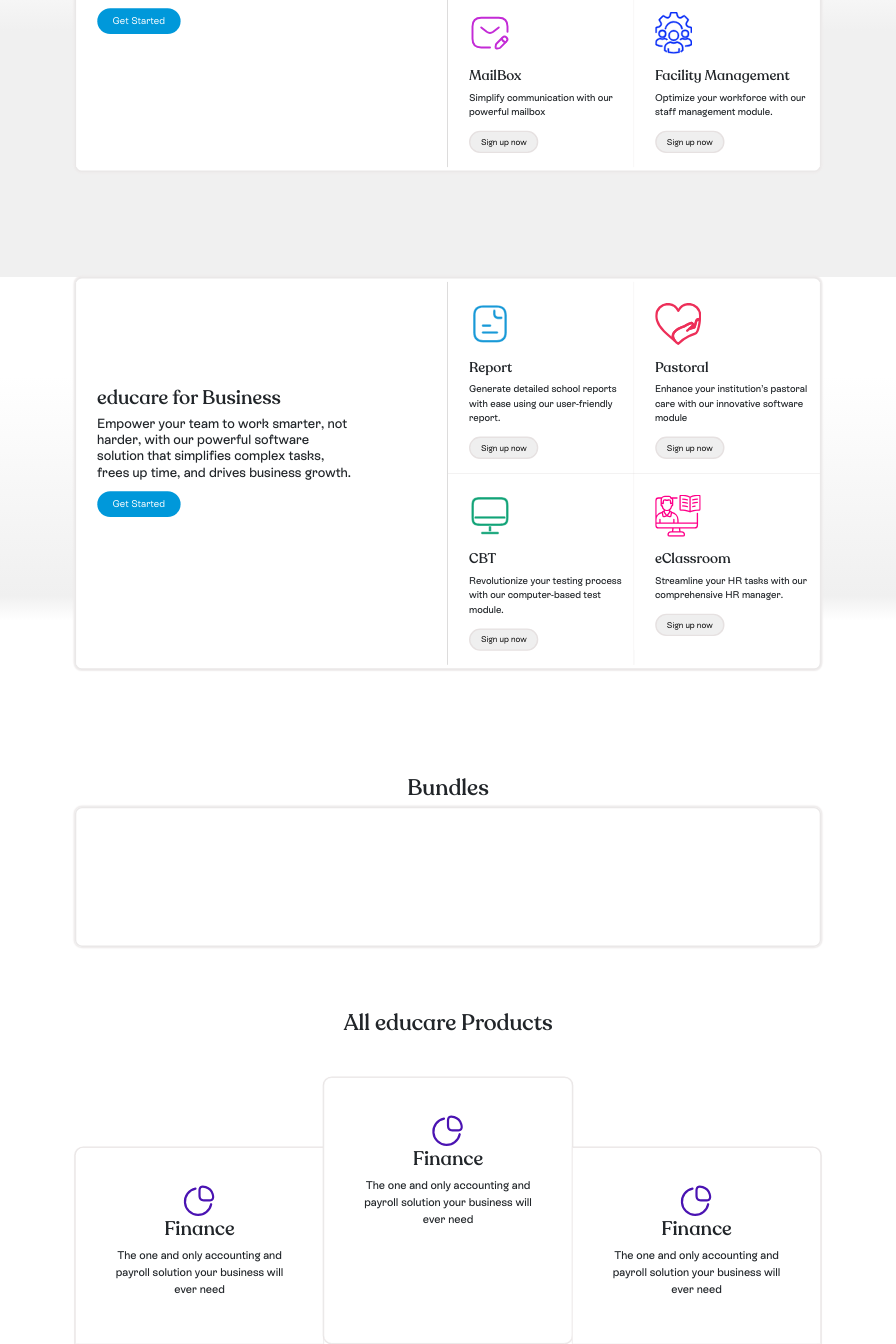
Repository: sarahnnanyelugo/educare-web
Page: /
These files come from the project's save history. The page is drawn as it stood at one moment and after the next save; the edit follows.
The browser window is 1280 px wide. The pictures show the part of the page from y = 1494 to 3414 px (the page is 3414 px tall), at 70% of full size.
The project was rebuilt for these pictures with package versions that can differ from the ones it lists, and the page was loaded fresh each time.

Above is the page before, as saved 2023-04-05 10:24:47.

After the next save:
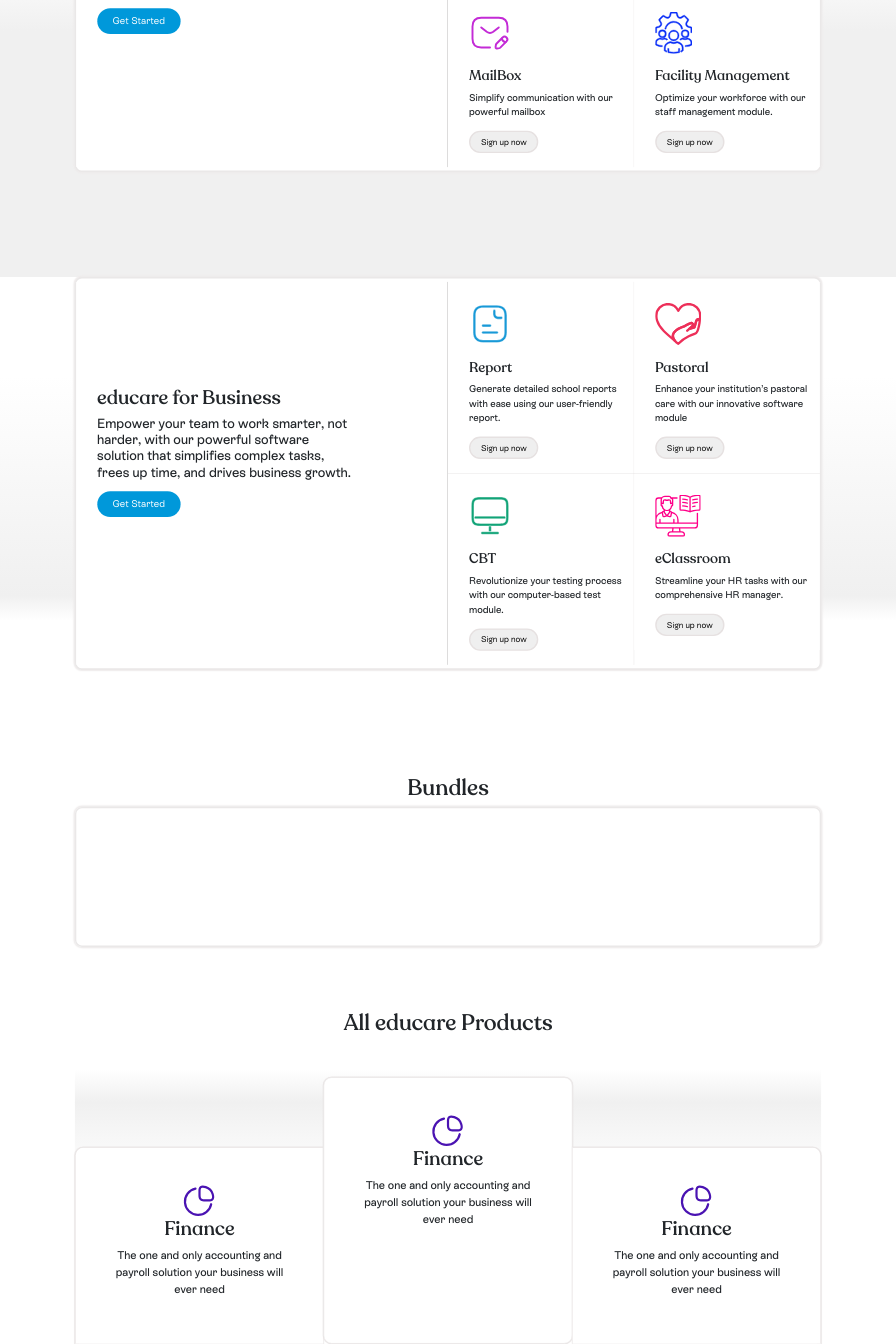
Saved 2 min 57 s later.
--- a/src/pages/Home/_home.scss
+++ b/src/pages/Home/_home.scss
@@ -100,6 +100,15 @@
   padding-top: 5px;
 }
 .products-container {
+  background: rgb(255, 255, 255);
+  background: linear-gradient(
+    0deg,
+    rgba(255, 255, 255, 1) 5%,
+    rgba(240, 240, 240, 1) 30%,
+    rgba(255, 255, 255, 1) 54%,
+    rgba(240, 240, 240, 1) 80%,
+    rgba(255, 255, 255, 1) 91%
+  );
   .first-product-column {
     padding: 50px 40px;
     background: #ffff;
